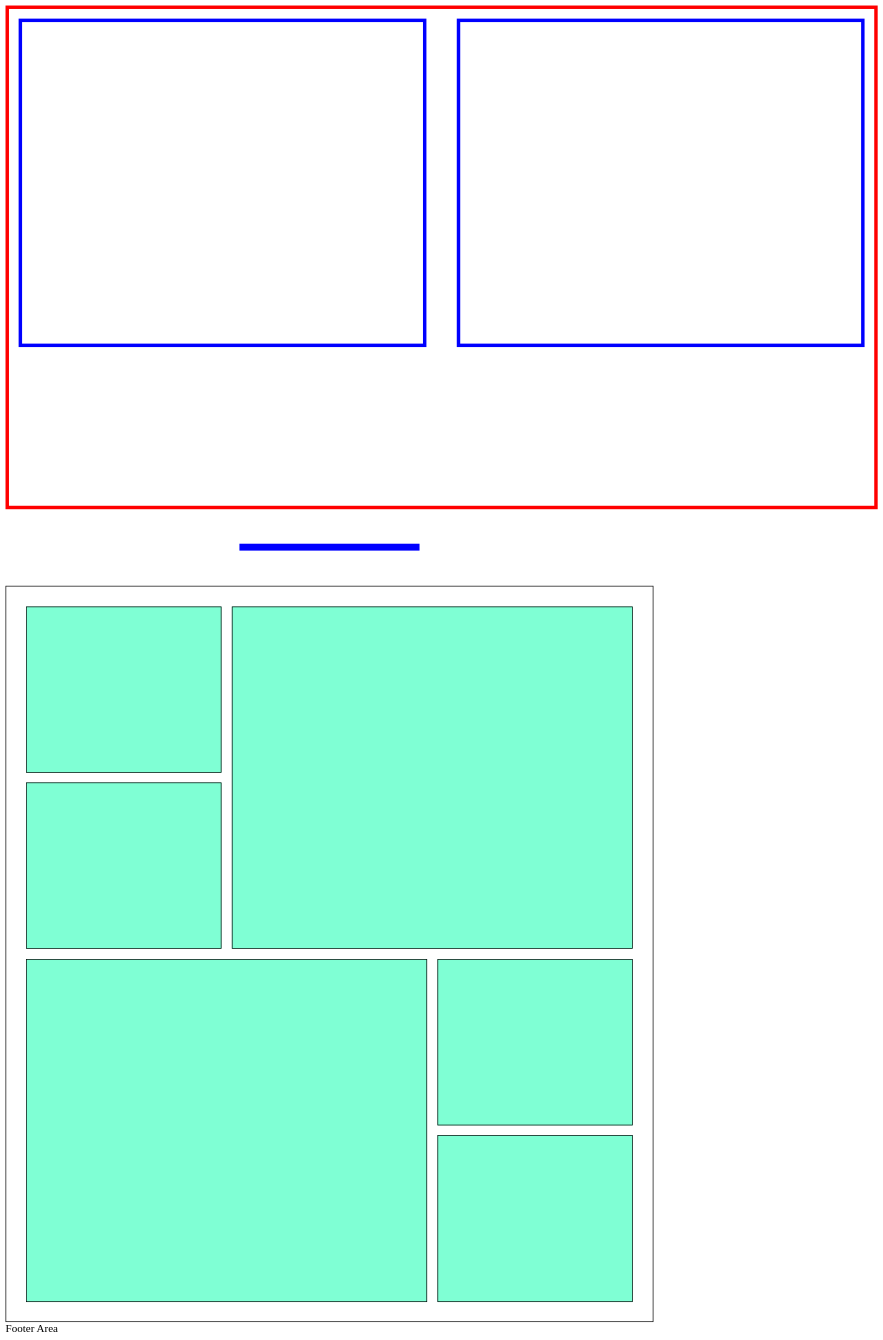
Repository: BwesewB/Brutalist-Website
Page: /
The author's editor kept a copy of each file at every save. The page is drawn from the files as they stood at one save, then again after the next save.
The browser window is 1280 px wide. The pictures show the whole page, at 69% of full size.
The project was rebuilt for these pictures with package versions that can differ from the ones it lists, and the page was loaded fresh each time. The framework's server and built-in components were replaced by stand-ins that run in the browser. Also part of the build but not shown: next.config.mjs.

Above is the page before, as saved 2024-02-03 17:46:15.

After the next save:
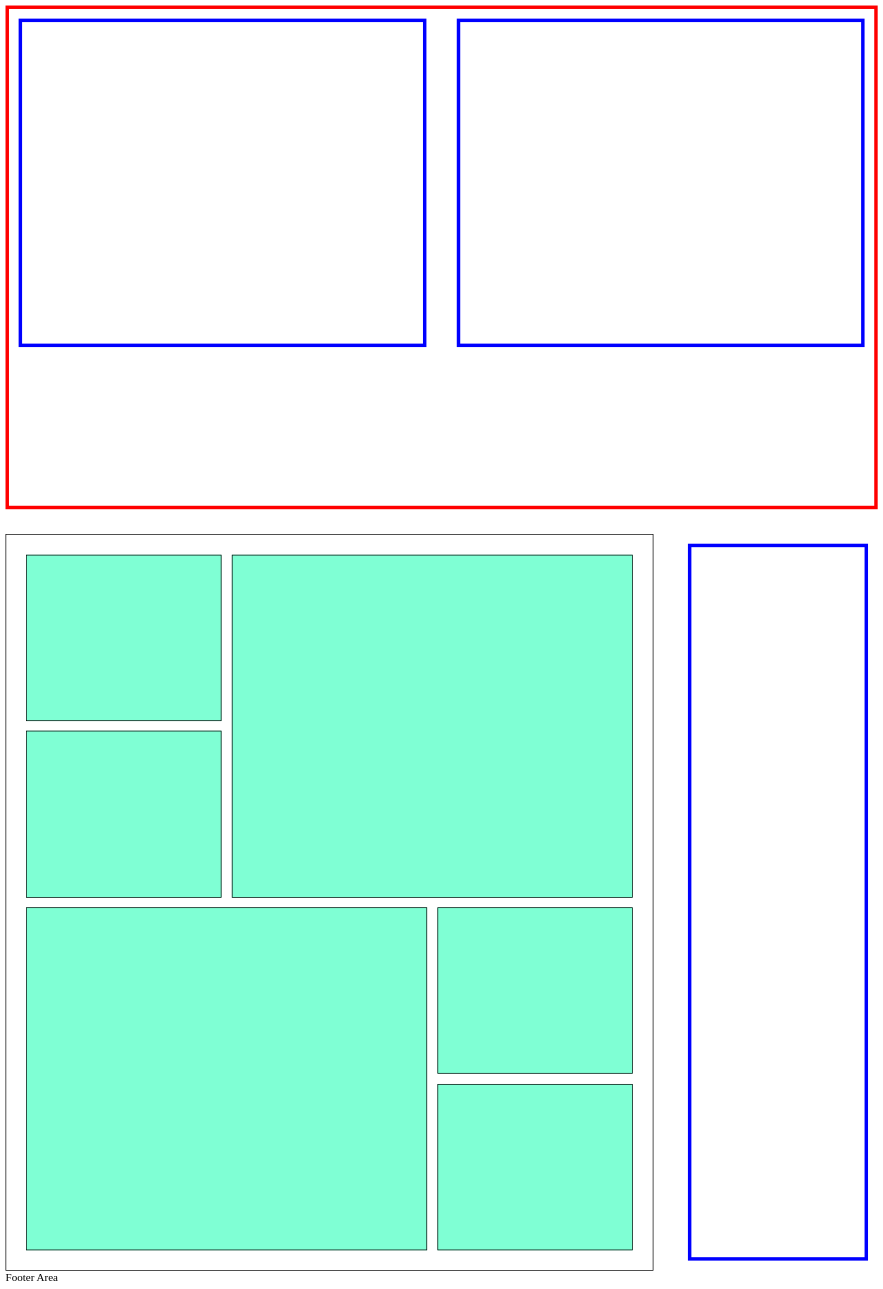
Saved 33 s later.
--- a/styles/Home.module.css
+++ b/styles/Home.module.css
@@ -44,7 +44,7 @@
 }
 
 .inputArea{
-  grid-column: 2/3;
+  grid-column: 4/5;
   grid-row:2/3;
 }
 
